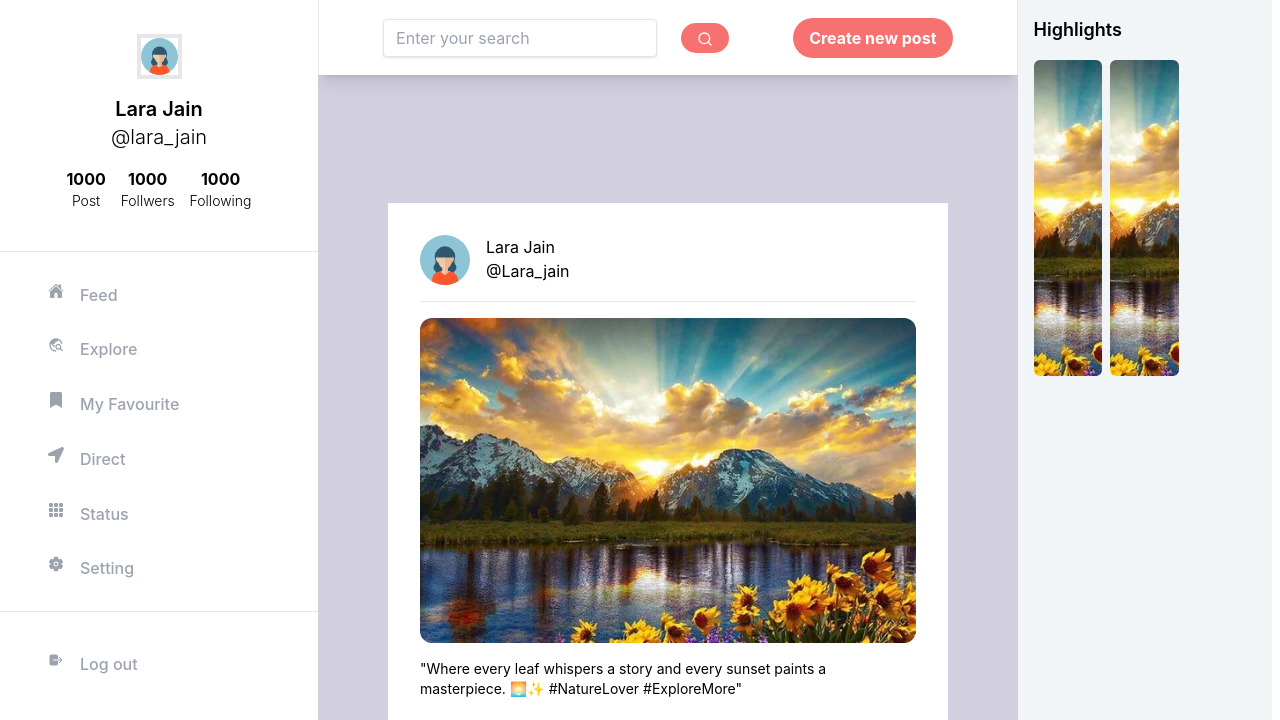
Repository: cosmicswati/upgrad-captions-project
Page: /
An editor plug-in stored every save of this project. The page is shown before and after the next save, followed by the edit.
The browser window is 1280 px wide. The pictures show the whole page.
An inner scrolling area shows only its first screen. The project was rebuilt for these pictures with package versions that can differ from the ones it lists, and the page was loaded fresh each time. Also part of the build but not shown: src/modules/Authorization/Form.jsx, src/modules/Authorization/index.js.

Above is the page before, as saved 2024-04-13 12:20:15.

### src/index.css
@tailwind base;
@tailwind components;
@tailwind utilities;

body {
  margin: 0;
  font-family: -apple-system, BlinkMacSystemFont, 'Segoe UI', 'Roboto', 'Oxygen',
    'Ubuntu', 'Cantarell', 'Fira Sans', 'Droid Sans', 'Helvetica Neue',
    sans-serif;
  -webkit-font-smoothing: antialiased;
  -moz-osx-font-smoothing: grayscale;
}

code {
  font-family: source-code-pro, Menlo, Monaco, Consolas, 'Courier New',
    monospace;
}

.scrollbar-hide::-webkit-scrollbar{
  display: none;
}

### src/App.js
import React from 'react';
import Routes from './routes'
function App() {
  return (
    <div>
      {/* <Auth />  */}
      <Routes/>
    </div>
  );
}

export default App;

### src/routes/index.js
import React from 'react';
import { Route, Routes as Router } from 'react-router-dom';
import Home from '../modules/Home';
import Form from '../modules/Authorization';

const Routes = () => {
    const routes = [
        {
            id: 1,
            name: 'home',
            path: '/',
            Component: Home
        },
        {
            id: 2,
            name: 'sign in',
            path: '/account/signin',
            Component: Form
        },
        {
            id: 3,
            name: 'sign up',
            path: '/account/signup',
            Component: Form
        }
    ];

    return (
        <Router>
            {routes.map(({ id, path, Component }) => (
                <Route key={id} path={path} element={<Component />} />
            ))}
        </Router>
    );
};

export default Routes;

### src/modules/Home/index.js
import React from 'react'
import { ReactComponent as Avatar} from '../../assets/Avatar.svg'
import Input from '../../components/Input'
import Button from '../../components/Button'
import postImg2 from '../../assets/postImg2.jpg'
import { IoHome } from "react-icons/io5";
import { MdOutlineTravelExplore } from "react-icons/md";
import { FaBookmark } from "react-icons/fa";
import { FaLocationArrow  } from "react-icons/fa";
import { BsFillGrid3X3GapFill } from "react-icons/bs";
import { IoSettings , IoLogOut} from "react-icons/io5";
import { LuSearch } from "react-icons/lu";
import { BiSolidLike } from "react-icons/bi";
import { FaComment } from "react-icons/fa6";
import { FaShareNodes } from "react-icons/fa6";
import { stats, navigations } from './data'

const Home = () => {
  return (
    <div className='h-screen bg-[#d2cfdf]  flex overflow-hidden mr-2'>
        <div className='w-[25%] bg-white flex flex-col'>
            <div className='h-[35%] flex justify-center items-center border-b'>
                <div className='flex flex-col justify-center items-center'>
                    <Avatar width={'45px'} height={'45px'} className='border-4 rounded-fullp-2'/>
                    <div className='my-4 text-center'>
                         <h3 className='text-xl font-semibold'>Lara Jain</h3>
                         <p className='text-xl font-light'>@lara_jain</p>
                    </div>
                    <div className='h-[50px] flex justify-around w-[200px] text-center'>
                        {
                            stats.map(({id, name, stats}) => {
                                return(
                                <div key={id}>
                                  <h4 className='font-bold'>{stats}</h4>
                                 <p className='font-light text-sm'>{name}</p>
                            </div>
                             )
                          })
                        }
                    </div>
                </div>
            </div>
            <div className='h-[50%] flex flex-col justify-evenly pl-12 border-b text-gray-400 text-md font-medium'>
                {
                    navigations.map(({id, name, icon}) => {
                        return(
                            <div key={id} className='flex cursor-pointer hover:text-[#F00F51]'><span
                            className='mr-4'>{icon}</span>{name}</div>

                        )
                    })
                }

            </div>
            <div className='h-[15%] pt-10 text-gray-400 text-md font-medium'>
                <div className='ml-12 cursor-pointer flex hover:text-[#F00F51]'> <span className='mr-4'><IoLogOut /></span>Log out</div>
            </div>
        </div>
        <div className='w-[55%] overflow-scroll h-full scrollbar-hide'>
            <div className='bg-white h-[75px] border-l border-r flex justify-evenly items-center pt-4 sticky top-0 shadow-lg'>
                 <div className='flex justify-center items-center'>
                    <Input placeholder='Enter your search' className='w-[400px] rounded-full'/>
                    <Button  icon={<LuSearch />}  className='mb-4 ml-6  h-[30px]  bg-red-400 hover:bg-red-500 rounded-full '/>
                 </div>
                 <div className= 'flex justify-center items-center' >
                 <Button  label='Create new post'  className='rounded-full bg-red-400 hover:bg-red-500 mb-4'/>
            </div>
            </div>
            {
                [1,2,3,4,5,6].map(() => {
                    return(
                        <div className='bg-white w-[80%]  mx-auto mt-32 p-8'>
                        <div className='border-b flex item-center pb-4 mb-4'>
                            <Avatar width={'50px'} height={'50px'} />
                           <div className='ml-4'>
                           <h3>Lara Jain</h3>
                            <p>@Lara_jain</p>
                           </div>
                        </div>
                        <div className='border-b pb-4 mb-4'>
                            <img src={postImg2} className='rounded-xl' />
                            <p className='my-4 text-sm font-normal'>
        "Where every leaf whispers a story and every sunset paints a masterpiece.
         🌅✨ #NatureLover #ExploreMore"</p>
                        </div>
                        <div className='flex justify-evenly text-black text-sm font-medium'>
                        <div className='flex cursor-pointer item-center hover:text-[#F00F51]'><span className='mr-2'><BiSolidLike /></span>10.5 Likes</div>
                        <div className='flex cursor-pointer item-center hover:text-[#F00F51]'><span className='mr-2'><FaComment /></span>10.5 Comments</div>
                        <div className='flex cursor-pointer item-center  hover:text-[#F00F51]'><span className='mr-2'><FaShareNodes /></span>10.5 Share</div>
                        <div className='flex cursor-pointer item-center hover:text-[#F00F51]'><span className='mr-2'><FaBookmark /></span>10.5 Saved</div>

                        </div>
                    </div>

                    )
                })
            }


        </div>
        <div className='w-[20%] bg-[#F2F5F8]'>
  <div className="p-4">
    <h2 className="text-lg font-semibold mb-4">Highlights</h2>
    <div className="grid grid-cols-3 gap-2">
      {/* Highlight item 1 */}
      <div className="relative rounded-md overflow-hidden">
        <img src={postImg2} alt="Highlight 1" className="w-full h-full object-cover" />
        {/* Add any overlay or icon if needed */}
      </div>
      {/* Highlight item 2 */}
      <div className="relative rounded-md overflow-hidden">
        <img src={postImg2} alt="Highlight 2" className="w-full h-full object-cover" />
        <img src={postImg2} alt="Highlight 2" className="w-full h-full object-cover" />
        <img src={postImg2} alt="Highlight 2" className="w-full h-full object-cover" />
        <img src={postImg2} alt="Highlight 2" className="w-full h-full object-cover" />
        <img src={postImg2} alt="Highlight 2" className="w-full h-full object-cover" />
        <img src={postImg2} alt="Highlight 2" className="w-full h-full object-cover" />
        <img src={postImg2} alt="Highlight 2" className="w-full h-full object-cover" />
        {/* Add any overlay or icon if needed */}
      </div>
      {/* Repeat this structure for each highlight */}
    </div>
  </div>
</div>

    </div>
  )
}

export default Home

### src/components/Input/index.js
import React from 'react'

const Input = ({
    name = '',
    label ='',
    type ='',
    placeholder =''
}) => {
  return (
    <div class="mb-4">
        {
          label &&
          <label class="block text-gray-700 text-sm font-bold mb-2" for={name}>
             {label}
          </label>
        }

        <input class="shadow apperance-none border rounded w-full py-2 px-3
         text-gray-700 leading-tight focus:outline-none focus:shadow-outline"
         id={name} type={type} placeholder={placeholder} />

    </div>
  )

}

export default Input

### src/components/Button/index.js
import React from 'react'

const Button = ({
   icon = null,
    label ='',
    className =''

}) => {
  return (
    <button className={`bg-blue-500 hover:bg-blue-700 text-white font-bold py-2 px-4 rounded ${className}`}>
      {label}
      {icon}
  </button>
  )
}

export default Button

### src/modules/Home/data.js
import { BsFillGrid3X3GapFill } from "react-icons/bs"
import { FaBookmark, FaLocationArrow, FaStar, FaStream } from "react-icons/fa"
import { IoHome, IoSettings } from "react-icons/io5"
import { MdOutlineTravelExplore } from "react-icons/md"

 export const stats =[
    {
        id : 1,
        name : 'Post',
        stats : 1000

    },
    {
        id : 1,
        name : 'Follwers',
        stats : 1000

    },
    {
        id : 1,
        name : 'Following',
        stats : 1000

    },
]
export const navigations = [
    {
        id: 1,
        name: 'Feed',
        icon: <IoHome/>
    },
    {
        id: 2,
        name: 'Explore',
        icon: < MdOutlineTravelExplore/>
    },
    {
        id: 3,
        name: 'My Favourite',
        icon: <FaBookmark />
    },
    {
        id: 4,
        name: 'Direct',
        icon: <FaLocationArrow />
    },
    {
        id: 5,
        name: 'Status',
        icon: <BsFillGrid3X3GapFill />
    },
    {
        id: 6,
        name: 'Setting',
        icon: <IoSettings />
    },

]

### tailwind.config.js
/** @type {import('tailwindcss').Config} */
module.exports = {
 mode:'jit',
 purge: [
  './public/**/*.html',
  './src/**/*.{js,jsx,ts,tsx,vue}',
 ],
  content: [
    "./src/**/*.{js,jsx,ts,tsx}",
  ],
  theme: {
    extend: {},
  },
  plugins: [],
}

Loaded but not shown: public/index.html (common file); src/index.js (common file); src/reportWebVitals.js (common file)

After the next save:
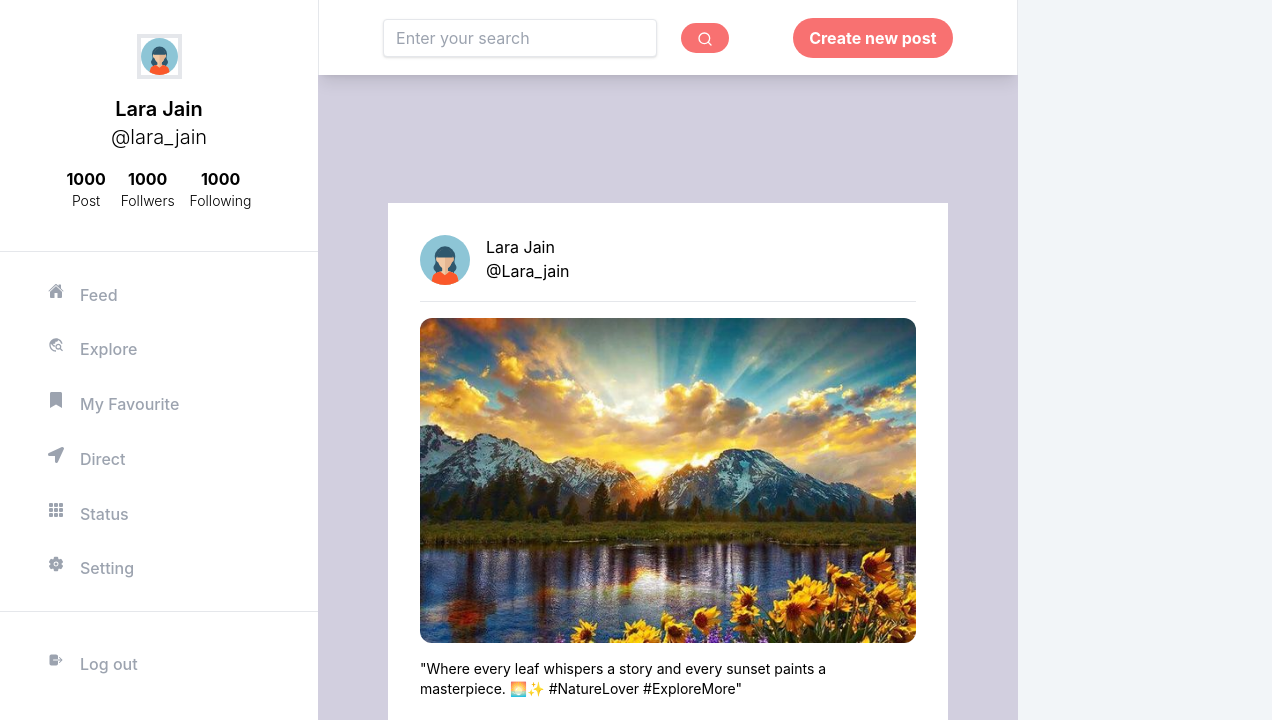
Saved 58 s later.
--- a/src/modules/Home/index.js
+++ b/src/modules/Home/index.js
@@ -98,31 +98,12 @@ const Home = () => {
 
 
         </div>
+
         <div className='w-[20%] bg-[#F2F5F8]'>
-  <div className="p-4">
-    <h2 className="text-lg font-semibold mb-4">Highlights</h2>
-    <div className="grid grid-cols-3 gap-2">
-      {/* Highlight item 1 */}
-      <div className="relative rounded-md overflow-hidden">
-        <img src={postImg2} alt="Highlight 1" className="w-full h-full object-cover" />
-        {/* Add any overlay or icon if needed */}
-      </div>
-      {/* Highlight item 2 */}
-      <div className="relative rounded-md overflow-hidden">
-        <img src={postImg2} alt="Highlight 2" className="w-full h-full object-cover" />
-        <img src={postImg2} alt="Highlight 2" className="w-full h-full object-cover" />
-        <img src={postImg2} alt="Highlight 2" className="w-full h-full object-cover" />
-        <img src={postImg2} alt="Highlight 2" className="w-full h-full object-cover" />
-        <img src={postImg2} alt="Highlight 2" className="w-full h-full object-cover" />
-        <img src={postImg2} alt="Highlight 2" className="w-full h-full object-cover" />
-        <img src={postImg2} alt="Highlight 2" className="w-full h-full object-cover" />
-        {/* Add any overlay or icon if needed */}
-      </div>
-      {/* Repeat this structure for each highlight */}
-    </div>
-  </div>
-</div>
 
+
+
+            </div>
     </div>
   )
 }
